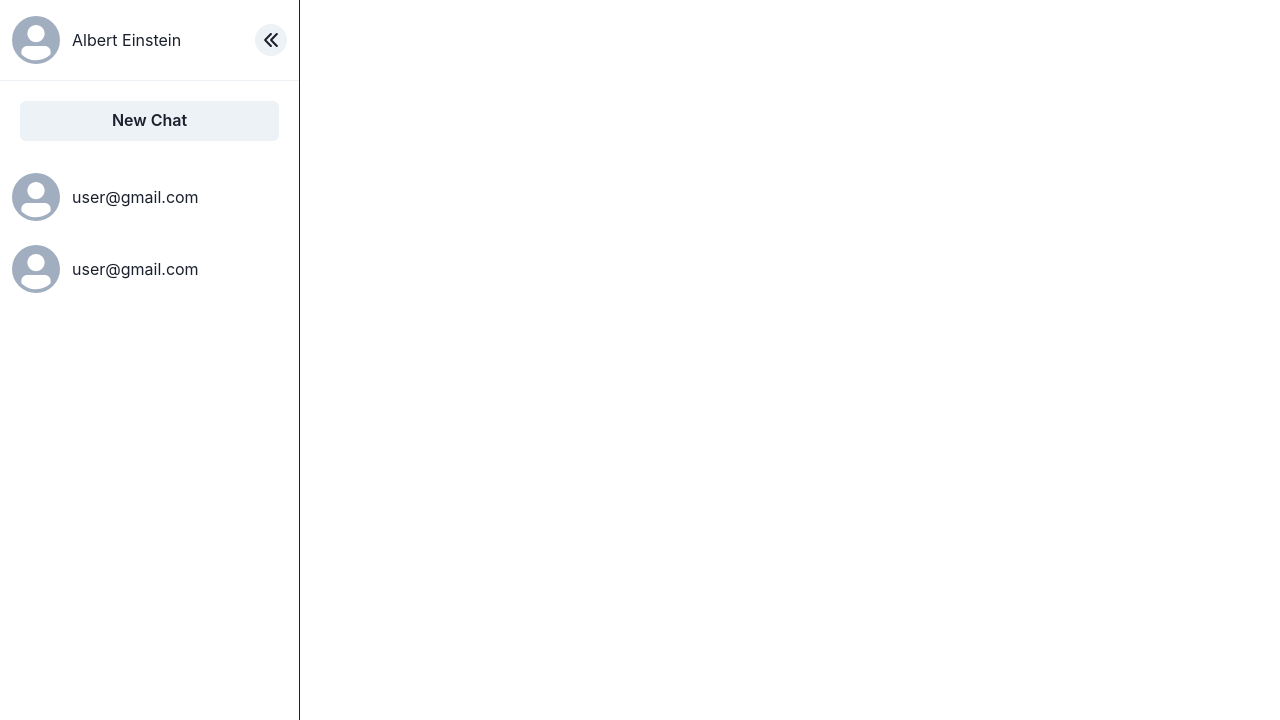
Repository: Siva20021/chat-app
Page: /
These files come from the project's save history. The page is drawn as it stood at one moment and after the next save; the edit follows.
The browser window is 1280 px wide. The pictures show the whole page.
The project was rebuilt for these pictures with package versions that can differ from the ones it lists, and the page was loaded fresh each time. The framework's server and built-in components were replaced by stand-ins that run in the browser. Also part of the build but not shown: next.config.js, components/Login.js.

Above is the page before, as saved 2022-06-05 12:23:55.

After the next save:
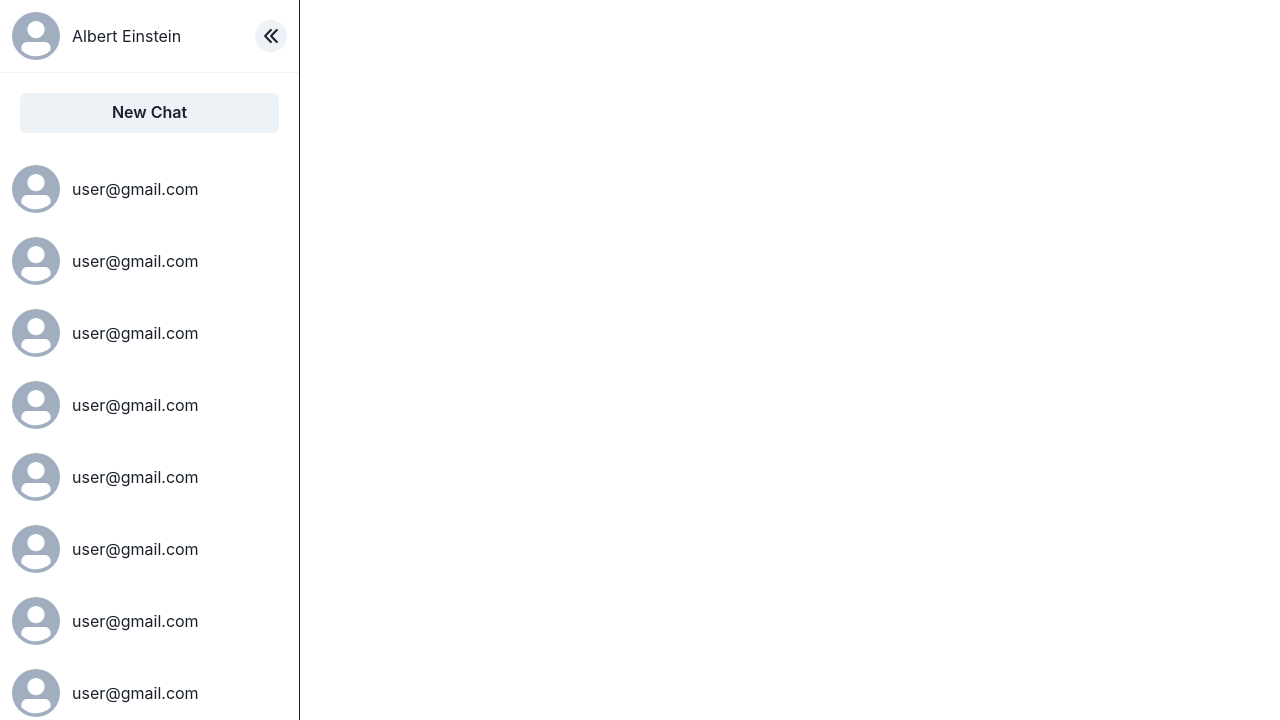
Saved 9 s later.
--- a/components/Sidebar.js
+++ b/components/Sidebar.js
@@ -39,6 +39,14 @@ export default function Sidebar() {
         <Flex overflowX="scroll" direction="column" sx={{scrollbarWidth:"none"}}>
             <Chat/>
             <Chat/>
+            <Chat/>
+            <Chat/>
+            <Chat/>
+            <Chat/>
+            <Chat/>
+            <Chat/>
+            <Chat/>
+            <Chat/>
         </Flex>
     </Flex>
   )
